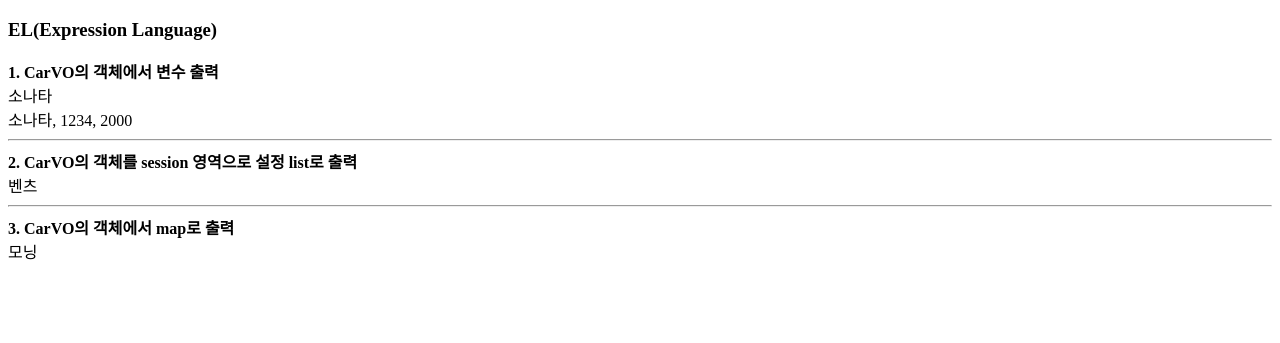
Repository: dhalfks/jsp_230602
Page: http://localhost/jstl_study/step1.jsp
The author's editor kept a copy of each file at every save. The page is drawn from the files as they stood at one save, then again after the next save.
The browser window is 1280 px wide. The pictures show the whole page.
The page is served by Tomcat 9. Other server files are loaded and not shown.

Above is the page before, as saved 2023-05-09 06:39:35.

### jstl_project/jstl_study/src/main/webapp/step1.jsp
<%@ page import="model.CarVO" %>
<%@ page import="java.util.ArrayList" %>
<%@ page import="java.util.HashMap" %>
<%@ page language="java" contentType="text/html; charset=UTF-8"
    pageEncoding="UTF-8"%>

<!DOCTYPE html>
<html>
<head>
<meta charset="UTF-8">
<title>EL연습</title>
</head>
<body>
	<h3>EL(Expression Language)</h3>
	<%
		CarVO car = new CarVO("1234","소나타",2000);
		//request.setAttribute : request객체에 값을 저장하는 역할
		//request.getAttribute : request객체에 값을 가져오는 역할
		//request.setAttribute("변수명", 값);
		request.setAttribute("cvo", car);
	%>

	<!-- 변수 출력 -->
	<strong>1. CarVO의 객체에서 변수 출력</strong> <br>
	<!-- 방법 1 : requestScope를 사용 -->
	${requestScope.cvo.name } <br>

	<!-- 방법 2 : requestScope (생략가능) -->
	${cvo.name },  ${cvo.num },  ${cvo.price }<br>

	<hr>

	<!-- 리스트로 변수 출력 -->
	<%
		ArrayList<CarVO> list = new ArrayList<CarVO>();
		list.add(new CarVO("4567","벤츠",5000));
		session.setAttribute("carList", list);
	%>
	<strong>2. CarVO의 객체를 session 영역으로 설정 list로 출력</strong> <br>
	${sessionScope.carList[0].name }<br>
	<hr>

	<!-- 해쉬맵으로 변수를 출력  key: car1, value: instance  -->
	<%
		HashMap<String, CarVO> map = new HashMap<>();
		map.put("car1", new CarVO("1111","모닝",800));
		request.setAttribute("carMap", map);
	%>

	<strong>3. CarVO의 객체에서 map로 출력</strong> <br>
	${requestScope.carMap.car1.name }

</body>
</html>

### jstl_project/jstl_study/src/main/java/model/CarVO.java
package model;

public class CarVO {

	//num, name, price
	private String num;
	private String name;
	private int price;

	public CarVO() {}

	public CarVO(String num, String name, int price) {
		this.num = num;
		this.name = name;
		this.price = price;
	}

	public String getNum() {
		return num;
	}

	public void setNum(String num) {
		this.num = num;
	}

	public String getName() {
		return name;
	}

	public void setName(String name) {
		this.name = name;
	}

	public int getPrice() {
		return price;
	}

	public void setPrice(int price) {
		this.price = price;
	}

}

After the next save:
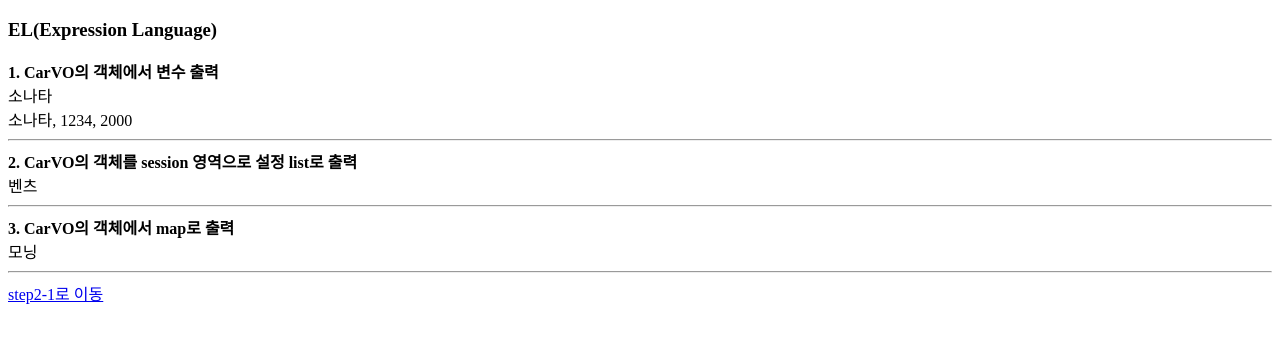
Saved 47 s later.
--- a/jstl_project/jstl_study/src/main/webapp/step1.jsp
+++ b/jstl_project/jstl_study/src/main/webapp/step1.jsp
@@ -50,5 +50,8 @@
 	<strong>3. CarVO의 객체에서 map로 출력</strong> <br>
 	${requestScope.carMap.car1.name }
 
+	<hr>
+	<a href = "step2-1.jsp">step2-1로 이동</a>
+
 </body>
 </html>
